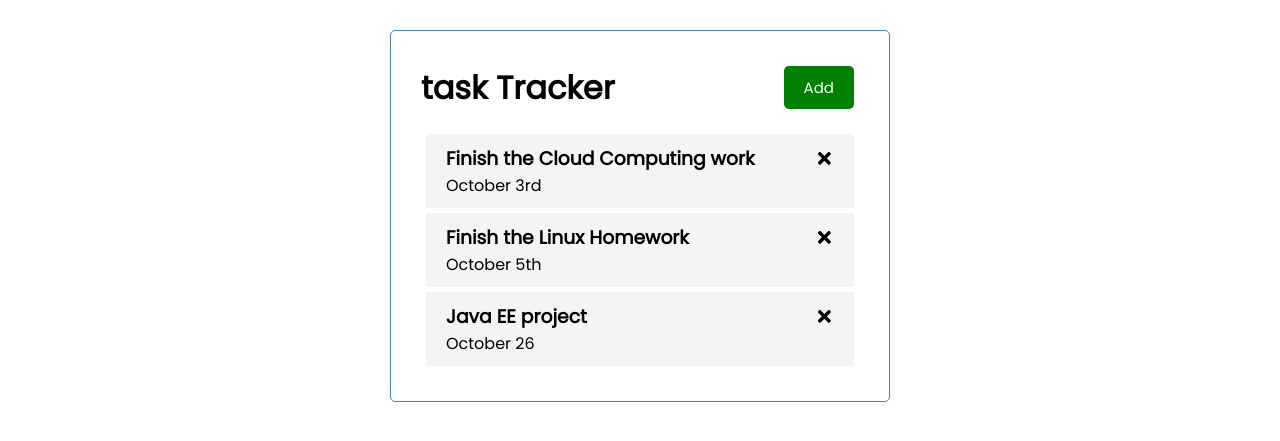
Repository: ds-mbappe/react-task-tracker
Page: /
The author's editor kept a copy of each file at every save. The page is drawn from the files as they stood at one save, then again after the next save.
The browser window is 1280 px wide. The pictures show the whole page.
The project was rebuilt for these pictures with package versions that can differ from the ones it lists, and the page was loaded fresh each time.

Above is the page before, as saved 2021-10-01 05:01:03.

After the next save:
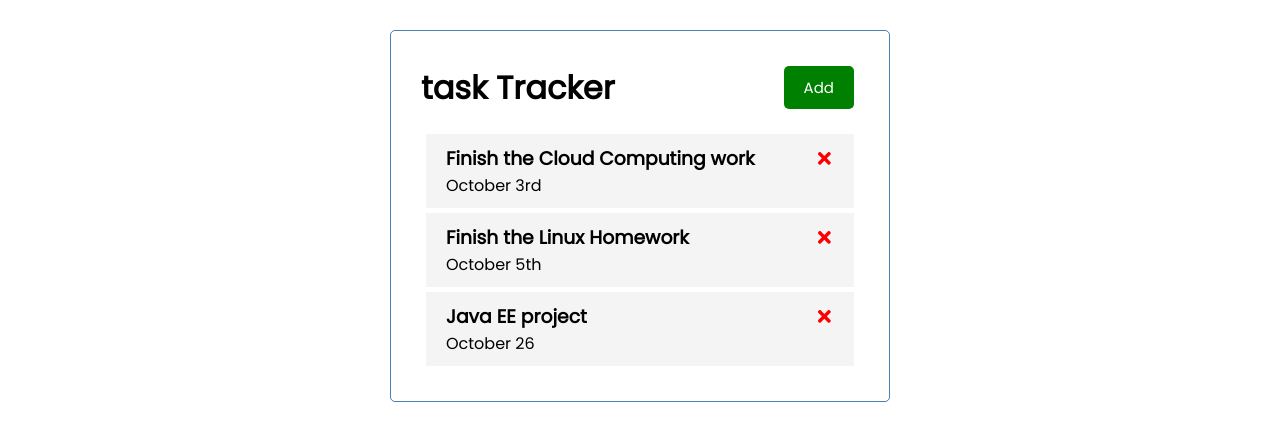
Saved 84 s later.
--- a/src/components/Task.js
+++ b/src/components/Task.js
@@ -3,7 +3,7 @@ import { FaTimes } from "react-icons/fa"
 const Task = ({ task }) => {
     return (
         <div className="task">
-            <h3>{task.text} <FaTimes /> </h3>
+            <h3>{task.text} <FaTimes style={{ color: "red", cursor: "pointer"}}/> </h3>
             <p>{task.day}</p>
         </div>
     )
